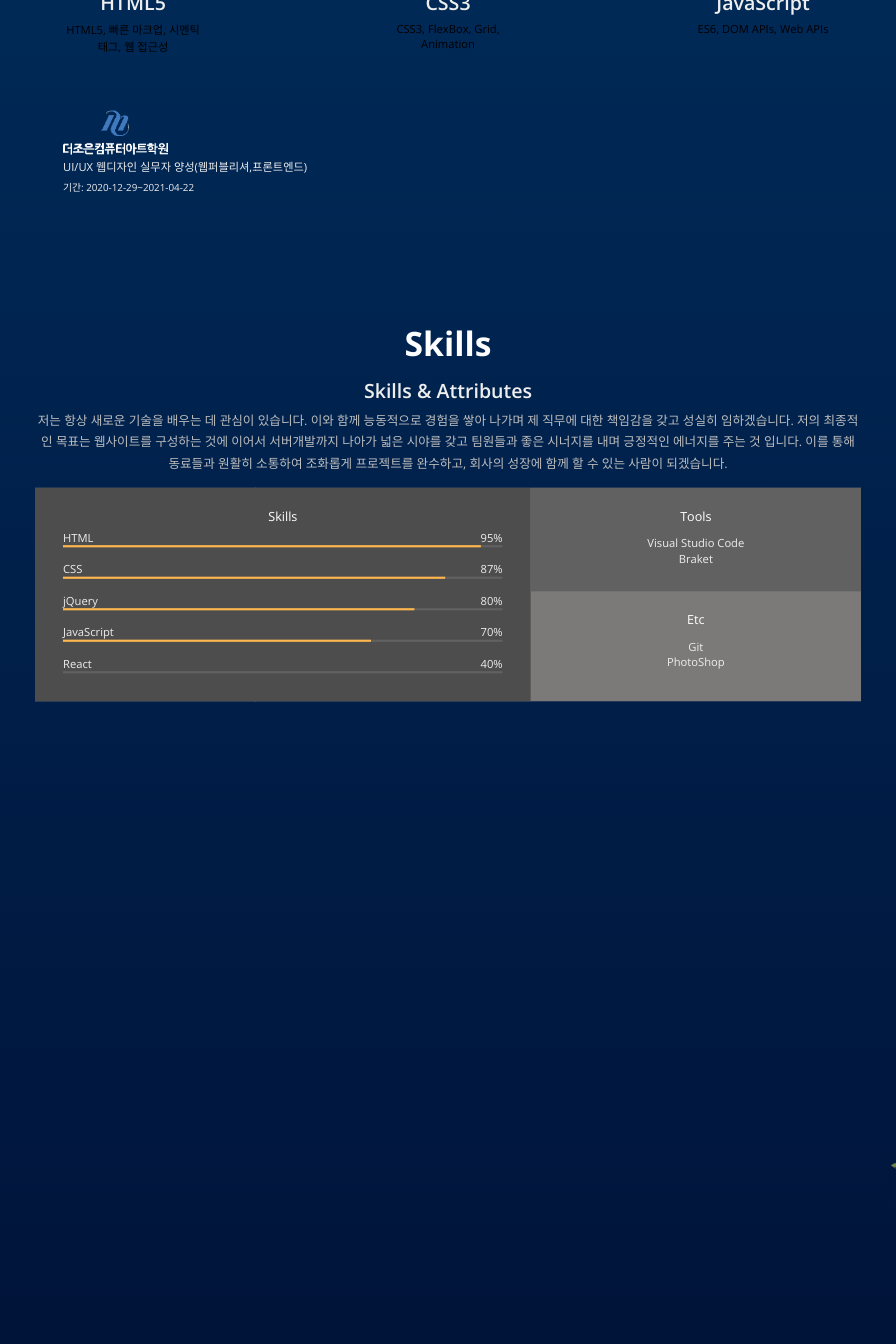
Repository: jinhee196/portfolio
Page: index.html
These files come from the project's save history. The page is drawn as it stood at one moment and after the next save; the edit follows.
The browser window is 1280 px wide. The pictures show the part of the page from y = 1307 to 3227 px (the page is 4568 px tall), at 70% of full size.
Some web libraries are served in a nearby version.

Above is the page before, as saved 2021-07-07 17:25:29.

After the next save:
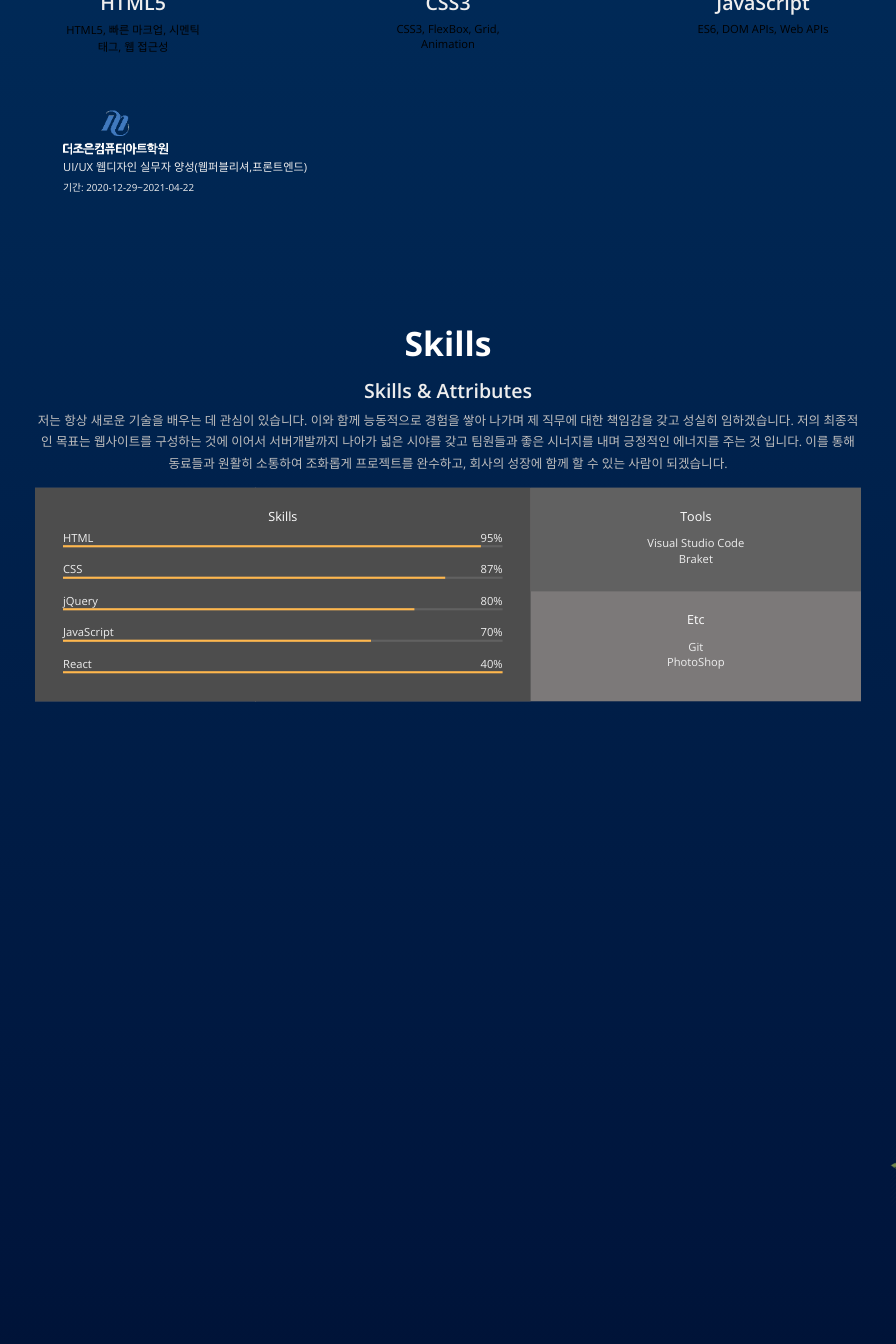
Saved 40 s later.
--- a/index.html
+++ b/index.html
@@ -174,7 +174,7 @@
                         <span>40%</span>
                     </div>
                     <div class="skill__bar">
-                        <div class="skill__value" style="width: 0"></div>
+                        <div class="skill__value" style="width: 40"></div>
                     </div>
                 </div>
                 <!-- <div class="skill">
